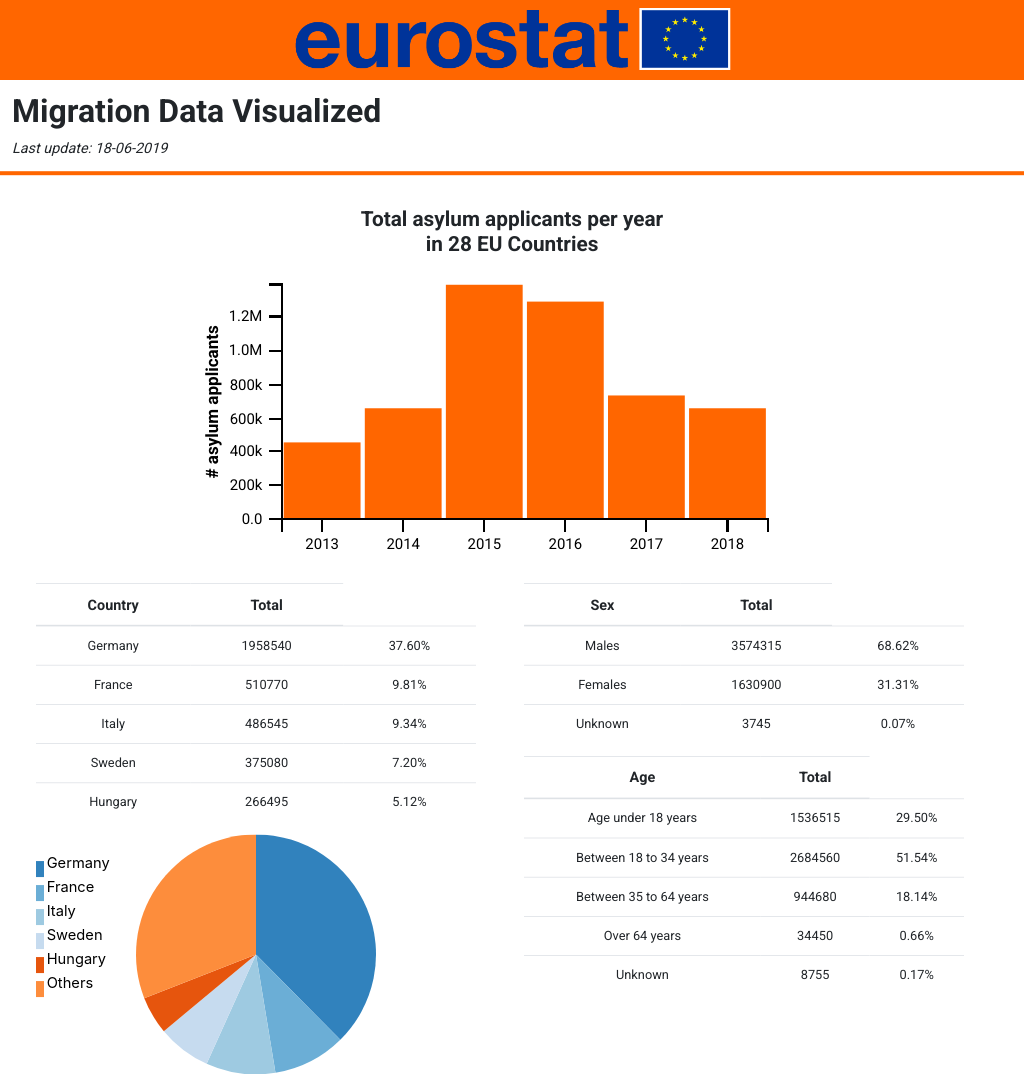
Repository: rory81/eurostat-migration-db
Page: index.html
The author's editor kept a record of every edit. The page is drawn from the files as they stood at one moment, then again after the next edit.
The browser window is 1280 px wide. The pictures show the whole page, at 80% of full size.
Some web libraries are served in a nearby version.

Above is the page before.

### index.html
<!DOCTYPE html>
<html>

<head>
    <meta charset="UTF-8">
    <meta name="viewport" content="width=device-width, initial-scale=1.0">
    <meta http-equiv="X-UA-Compatible" content="ie=edge">
    <link rel="stylesheet" href="https://stackpath.bootstrapcdn.com/bootstrap/4.3.1/css/bootstrap.min.css" integrity="sha384-ggOyR0iXCbMQv3Xipma34MD+dH/1fQ784/j6cY/iJTQUOhcWr7x9JvoRxT2MZw1T" crossorigin="anonymous">
    <link rel="stylesheet" href="https://use.fontawesome.com/releases/v5.8.1/css/all.css" integrity="sha384-50oBUHEmvpQ+1lW4y57PTFmhCaXp0ML5d60M1M7uH2+nqUivzIebhndOJK28anvf" crossorigin="anonymous">
    <link rel="stylesheet" href="assets/css/dc.min.css" type="text/css" />
    <link rel="stylesheet" href="assets/css/style.css" type="text/css" />

    <title>Eurostat Migration Data </title>
</head>

<body>
    <header>
        <div class="col-12 logo no-gutters container-fluid text-center">
            <img src="assets/images/eurostat logo3.png"></img>
        </div>
        <div class="col-12 title container-fluid">
            <h1>Migration Data Visualized</h1>
            <p>Last update: 18-06-2019</p>
        </div>
    </header>
    <div class="col-12 no-gutters container-fluid text-center totalGraph">
        <h3>Total asylum applicants per year <br>in 28 EU Countries</h3>
        <div id="total_asylum_applications_per_year" class="center-graphs"></div>
    </div>
    <div class="col-12 no-gutters container-fluid">
        <div class="row no gutters container-fluid">
            <div class="col-md-6 col-sm-12 text-center">
                <!--<h3>Top 5 Countries</h3>-->
                <div class="col-12 no-gutters container-fluid mx-auto">
                    <table class='table' id='top-5'>
                        <thead>
                            <tr class='header'>
                                <th>Country</th>
                                <th>Total</th>
                            </tr>
                        </thead>
                    </table>
                </div>
                <div id="top-5-pie" class="col-12 no-gutters container-fluid mx-auto"></div>
            </div>
            <div class="col-md-6 col-sm-12 text-center">
                <!--<h3>Sex</h3>-->
                <div class="col-12 no-gutters container-fluid mx-auto">
                    <table class='table' id="sexTable">
                        <thead>
                            <tr class='header'>
                                <th>Sex</th>
                                <th>Total</th>
                            </tr>
                        </thead>
                    </table>
                </div>
                <!--<h3>Age</h3>-->
                <div class="col-12 no-gutters container-fluid mx-auto">
                    <table class='table' id="ageTable">
                        <thead>
                            <tr class='header'>
                                <th>Age</th>
                                <th>Total</th>
                            </tr>
                        </thead>
                    </table>
                </div>

            </div>
        </div>
    </div>

    <script src="https://code.jquery.com/jquery-3.3.1.slim.min.js" integrity="sha384-q8i/X+965DzO0rT7abK41JStQIAqVgRVzpbzo5smXKp4YfRvH+8abtTE1Pi6jizo" crossorigin="anonymous"></script>
    <script src="https://cdnjs.cloudflare.com/ajax/libs/popper.js/1.14.7/umd/popper.min.js" integrity="sha384-UO2eT0CpHqdSJQ6hJty5KVphtPhzWj9WO1clHTMGa3JDZwrnQq4sF86dIHNDz0W1" crossorigin="anonymous"></script>
    <script src="https://stackpath.bootstrapcdn.com/bootstrap/4.3.1/js/bootstrap.min.js" integrity="sha384-JjSmVgyd0p3pXB1rRibZUAYoIIy6OrQ6VrjIEaFf/nJGzIxFDsf4x0xIM+B07jRM" crossorigin="anonymous"></script>

    <script type="text/javascript" src="assets/js/d3.min.js"></script>
    <script type="text/javascript" src="assets/js/crossfilter.min.js"></script>
    <script type="text/javascript" src="assets/js/dc.min.js"></script>
    <script type="text/javascript" src="assets/js/queue.min.js"></script>
    <script type="text/javascript" src="assets/js/main.js"></script>
</body>

</html>

### assets/css/style.css
/*Fonts*/

@import url('https://fonts.googleapis.com/css?family=Roboto:100,200,300,400,500,600,700|Exo:100,200,300,400,500,600,700|Assistant:100,200,300,400,500,600,700');

/*reset standard padding and margin*/

body {
    margin: 0;
    padding: 0;
}


/*HEADER*/

.logo {
    background-color: #FF6600;
    height: 50px;
}

.logo img {
    max-width: auto;
    height: 100%;
    padding: 10px 0px;
}

.title {
    font-family: "Roboto", sans-serif;
    padding-top: 15px;
    border-bottom: solid 5px #FF6600;
}

.title h1 {
    font-weight: bold;
    font-size: 25px;
}

.title p {
    font-size: 12px;
    font-style: italic;
}

/*GENERAL STYLING*/

h3 {
    margin-top: 10px;
    font-size: 12px;
    font-weight: bold;
    font-family: "Roboto", sans-serif;
}


/*TOTAL_ASYLUM_APPL_GRAPH*/

.center-graphs.dc-chart {
    display: block;
    margin: 0 auto;
    float: none;
}

.y-axis-label {
    font-family: "Roboto", sans-serif;
    font-weight: bold;
    font-size: 8px;
}


.dc-chart .axis text {
    font: 7px "Roboto";
}


.totalGraph {

    margin-bottom: 20px;
    background-color: white;

}

.countryTable,
.countryPie,
.sexTable {
    margin-bottom: 50px;
}

.countryPie text {
    font-family: "Roboto", sans-serif;
    font-size: 11px;
}

.btn-primary {
    background-color: #003399;
}

.btn {
    font-size: 14px;
}

/*DATA_TABLES*/

th {
    font-size: 12px;
    font-weight: bold;
    font-family: "Roboto", sans-serif;
}

td {
    font-size: 10px;
    font-family: "Roboto", sans-serif;
}



@media (min-width:576px) {
    HEADER .logo {
        height: 100px;

    }
    .title h1 {
        font-size: 40px;
    }
    .title p {
        font-size: 18px;
    }



    @media (min-width:720px) {
        /*TOTAL_ASYLUM_APPL_GRAPH*/
        h3 {
            margin-top: 40px;
            font-size: 18px;
        }

        /*DATA_TABLES*/
        th {
            font-size: 18px;
        }

        td {
            font-size: 16px;
        }


        .countryTable {
            margin-bottom: 100px;
        }
        .sexTable {
            margin-bottom: 180px;
        }
        .totalGraph {
            margin-bottom: 0px;
        }

        .countryPie svg {
            height: 200px;
        }

        .countryPie text {
            font-size: 12px;
        }
    }



    @media (min-width:1024px) {
        /*TOTAL_ASYLUM_APPL_GRAPH*/
        h3 {
            font-size: 26px;
        }

        .totalGraph svg {
            width: 100%;
            height: 400px;
        }

        .countryPie text {
            font-size: 9px;
        }

        .countryPie svg {
            height: 300px;
        }

    }

    /*@media (min-width:1100px) {*/

    /*    .countryPie svg {*/
    /*        height: 350px;*/
    /*    }*/

    /*}*/

### assets/js/main.js
/*LOADING THE DATA*/
queue()
    .defer(d3.csv, "assets/data/migrationData.csv")
    .await(makeGraphs);

/*function to call on the functions for the tables and charts and apply crossfilter on them*/
function makeGraphs(error, migrData) {

    var ndx = crossfilter(migrData);

    /*Data cleaning*/
    migrData.forEach(function(d) {

        d.Value = d.Value.replace(/,/g, "");
        d.Value = +d.Value; //coerce to number

        d.AGE = d.AGE.replace(/From /g, "Between ");
        d.AGE = d.AGE.replace(/Less than /g, "Age under ");
        d.AGE = d.AGE.replace(/Unknown/g, " Unknown");
        d.AGE = d.AGE.replace(/65 years or over/g, "Over 64 years");

    });


    show_barChart(ndx);
    show_country_table(ndx);
    show_country_pie(ndx);
    show_sex_table(ndx);
    show_age_table(ndx);

    dc.renderAll();

}
/*Function to make the bar Chart with the total asylum applicants per year in 28 member states*/
function show_barChart(ndx) {
    var dim = ndx.dimension(dc.pluck("TIME"));
    var sumApplications = dim.group().reduceSum(dc.pluck("Value"));

    // Total per year according to pivot used to check the numbers after making (big) changes
    // 2013	457630
    // 2014	663250
    // 2015	1394210
    // 2016	1293210
    // 2017	735410
    // 2018	665250

    dc.barChart("#total_asylum_applications_per_year")
        .width(300)
        .height(150)
        .useViewBoxResizing(true)
        .margins({ top: 10, right: 30, bottom: 30, left: 30 })
        .dimension(dim)
        .group(sumApplications)
        .transitionDuration(500)
        .x(d3.scale.ordinal())
        .xUnits(dc.units.ordinal)
        .ordinalColors(["#FF6600"])
        .yAxisLabel("# asylum applicants")
        .yAxis().ticks(5).tickFormat(d3.format(".2s"));
}

/*Function to make the top-5 Country Table*/
function show_country_table(ndx) {
    var dataTable = dc.dataTable("#top-5");
    var countryDim = ndx.dimension(function(d) { return d.GEO; });

    var valGrpdDim = countryDim.group().reduce(

        function(p, v) {

            ++p.number;

            p.total += +v.Value;

            return p;

        },

        function(p, v) {

            --p.number;

            p.total -= +v.Value;

            return p;

        },

        function() {

            return { number: 0, total: 0 };

        });

    valGrpdDim.order(v => v.total);

    dataTable.width(800).height(800)

        .dimension(valGrpdDim)
        .group(function(d) { return "Country | Value"; })
        .showGroups(false)
        .size(5)
        .columns([function(d) { return d.key; }, function(d) { return d.value.total; }, function(d) { return ((d.value.total / (ndx.groupAll().reduceSum(dc.pluck("Value")).value())) * 100).toFixed(2) + "%"; }])
        .sortBy(function(d) { return d.value.total; })
        .order(d3.descending);
}

/*Function to make the top-5 Country Chart*/
function show_country_pie(ndx) {
    var dim = ndx.dimension(dc.pluck("GEO"));
    var top5CountryPie = dim.group().reduceSum(dc.pluck("Value"));

    dc.pieChart("#top-5-pie")
        .width(330)
        .height(180)
        .radius(90)
        .useViewBoxResizing(true)
        .dimension(dim)
        .group(top5CountryPie)
        .transitionDuration(1500)
        .cap(5)
        .legend(dc.legend().x(-6).y(20).gap(6))
        .renderLabel(false);
}

/*Function to make the Sex Table*/
function show_sex_table(ndx) {
    var dataTable = dc.dataTable("#sexTable");
    var sexDim = ndx.dimension(function(d) { return d.SEX; });

    var valGrpdDim = sexDim.group().reduce(

        function(p, v) {

            ++p.number;

            p.total += +v.Value;

            return p;

        },

        function(p, v) {

            --p.number;

            p.total -= +v.Value;

            return p;

        },

        function() {

            return { number: 0, total: 0 };

        });

    valGrpdDim.order(v => v.total);

    dataTable.width(800).height(800)

        .dimension(valGrpdDim)
        .group(function(d) { return "Sex | Value"; })
        .showGroups(false)
        .size(5)
        .columns([function(d) { return d.key; }, function(d) { return d.value.total; }, function(d) { return ((d.value.total / (ndx.groupAll().reduceSum(dc.pluck("Value")).value())) * 100).toFixed(2) + "%"; }])
        .sortBy(function(d) { return d.value.total; })
        .order(d3.descending);
}

/*Function to make the Age Table*/
function show_age_table(ndx) {
    var dataTable = dc.dataTable("#ageTable");
    var ageDim = ndx.dimension(function(d) { return d.AGE; });

    var valGrpdDim = ageDim.group().reduce(

        function(p, v) {

            ++p.number;

            p.total += +v.Value;

            return p;

        },

        function(p, v) {

            --p.number;

            p.total -= +v.Value;

            return p;

        },

        function() {

            return { number: 0, total: 0 };

        });

    dataTable.width(800).height(800)

        .dimension(valGrpdDim)
        .group(function(d) { return "Age | Value"; })
        .showGroups(false)
        .size(5)
        .columns([function(d) { return d.key; }, function(d) { return d.value.total; }, function(d) { return ((d.value.total / (ndx.groupAll().reduceSum(dc.pluck("Value")).value())) * 100).toFixed(2) + "%"; }])
        .sortBy(function(d) { return d.age; })
        .order(d3.descending);
}

Loaded but not shown: assets/css/dc.min.css (library); assets/js/d3.min.js (library); assets/js/crossfilter.min.js (library); assets/js/dc.min.js (library); assets/js/queue.min.js (common file)

After the next edit:
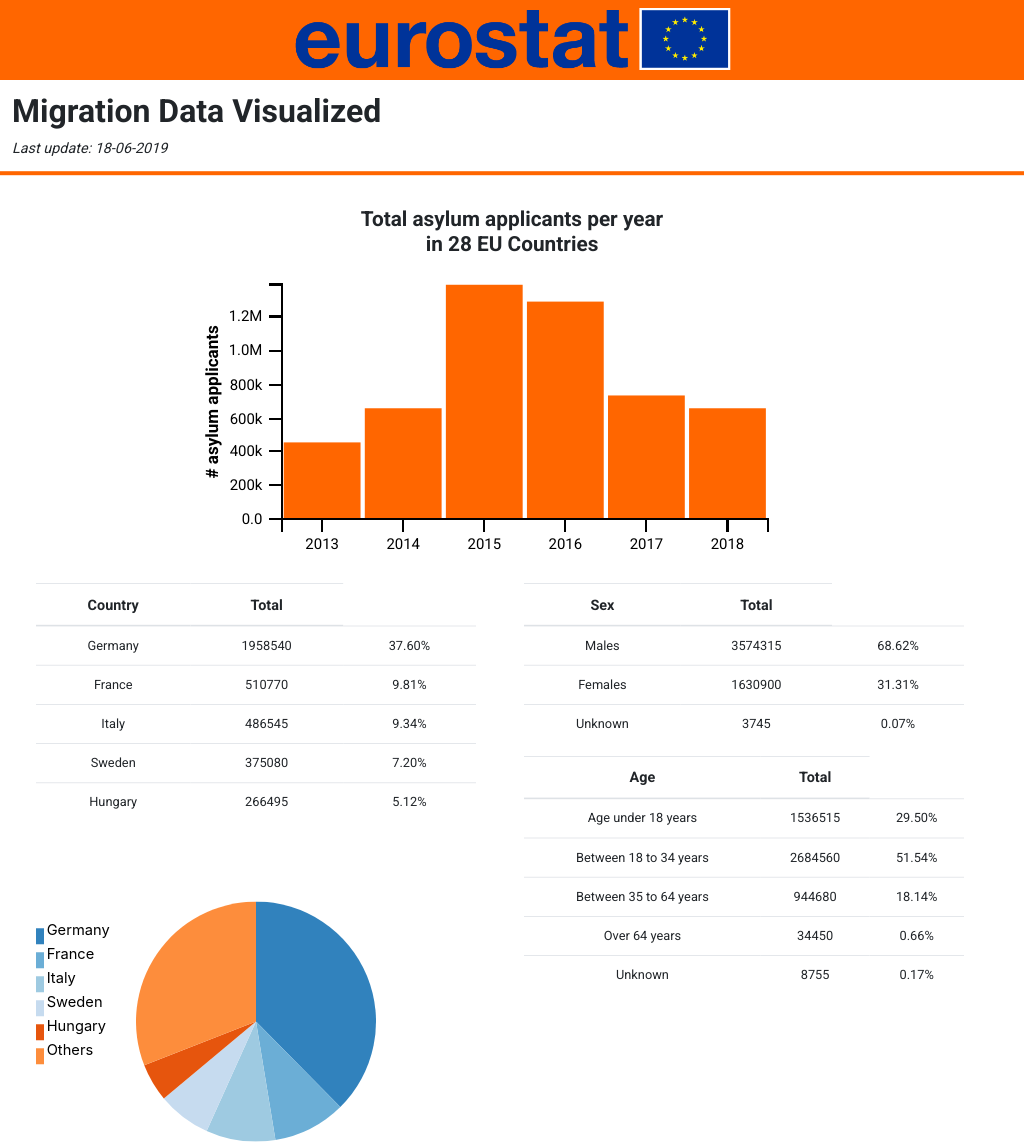
The edit:
--- a/index.html
+++ b/index.html
@@ -31,7 +31,7 @@
         <div class="row no gutters container-fluid">
             <div class="col-md-6 col-sm-12 text-center">
                 <!--<h3>Top 5 Countries</h3>-->
-                <div class="col-12 no-gutters container-fluid mx-auto">
+                <div class="col-12 no-gutters container-fluid mx-auto countryTable">
                     <table class='table' id='top-5'>
                         <thead>
                             <tr class='header'>
